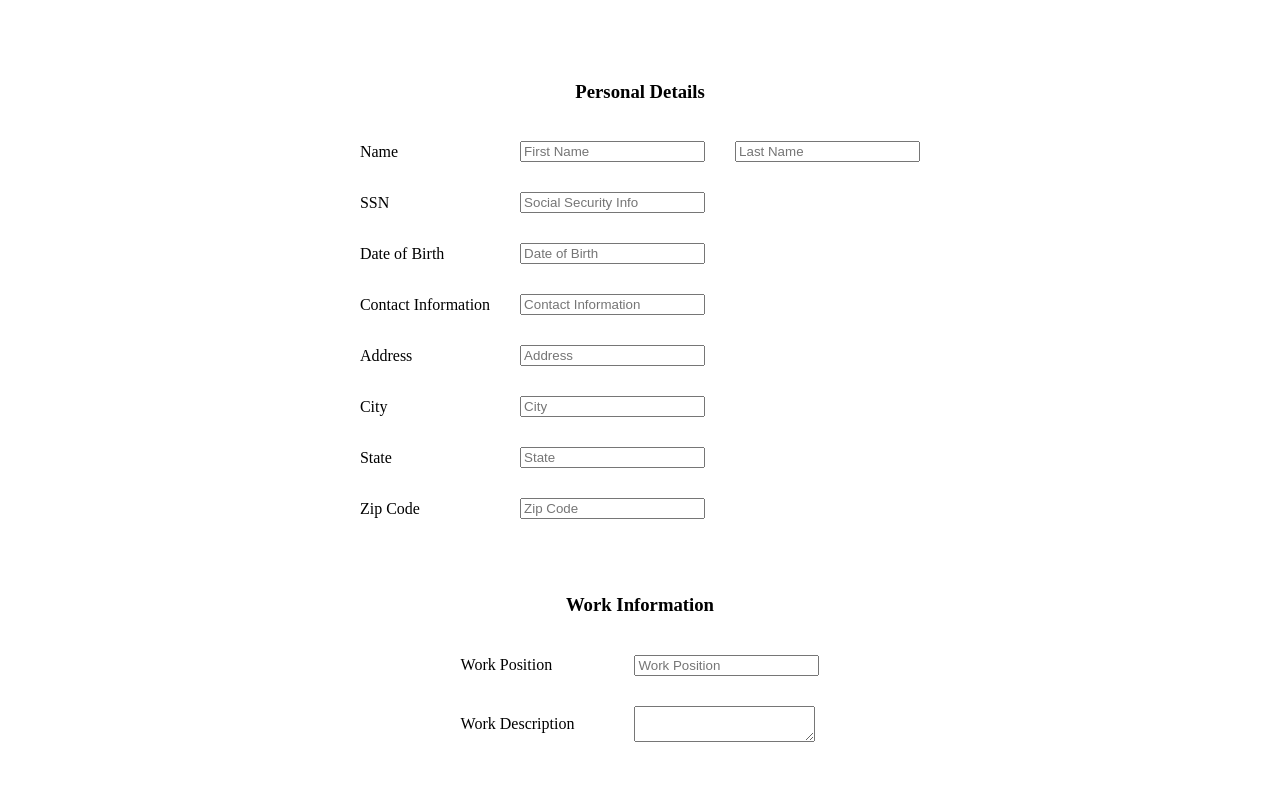
Repository: harshadrane89/CMPE273-WebService-AirlineManagement
Page: http://localhost/AirlineManagementSystemClient/TwitterGUI/SearchEmployee.jsp
An editor plug-in stored every save of this project. The page is shown before and after a run of saves, followed by the edit.
The browser window is 1280 px wide. The pictures show the whole page.
The page is served by Tomcat 9. Other server files are loaded and not shown.

Above is the page before, as saved 2013-12-06 12:52:19.

### 273_Project_Tomcat/AirlineManagementSystemClient/WebContent/TwitterGUI/SearchEmployee.jsp
<%@page import="com.airlinemgmt.beans.AirlineEmployee"%>
<%@ page language="java" contentType="text/html; charset=ISO-8859-1"
    pageEncoding="ISO-8859-1"%>
<!DOCTYPE html PUBLIC "-//W3C//DTD HTML 4.01 Transitional//EN" "http://www.w3.org/TR/html4/loose.dtd">
<html>
<head>
<meta http-equiv="Content-Type" content="text/html; charset=ISO-8859-1">
<title>Insert title here</title>
</head>
<body>

<br>
<br>
<br>
<div style="height:100px,width:100px,overflow:scroll;">

<form action="../EmployeeListProcessor" method="post" class="well"></form>
<%
	AirlineEmployee emp=new AirlineEmployee();
	if (session.getAttribute("empSearchObj")!=null)
	{
		emp=(AirlineEmployee)session.getAttribute("empSearchObj");
	}
		%>
		<center>
			<h3>Personal Details</h3>

			<table cellpadding="10px" cellspacing="10px" class="table-striped">
				<tr>
					<td>Name</td>
					<td><input type="text" placeholder="First Name" name="fName"
						value="<%=emp.getfName()!=null?emp.getfName():""%>" class="form-control"></td>
					<td><input type="text" placeholder="Last Name" name="lName"
						value="<%=emp.getlName()!=null?emp.getlName():""%>" class="form-control"></td>
				</tr>
				<tr>
					<td>SSN</td>
					<td><input type="text" placeholder="Social Security Info"
						name="ssn" value="<%=emp.getSSN()!=null?emp.getSSN():""%>" class="form-control"></td>
				</tr>
				<tr>
					<td>Date of Birth</td>
					<td><input type="text" placeholder="Date of Birth" name="dob" value="<%=emp.getDob()!=null?emp.getDob():""%>" class="form-control">
					</td>
				</tr>
				<tr>
					<td>Contact Information</td>
					<td><input type="text" placeholder="Contact Information"
						name="cInfo" value="<%=emp.getContactNo()!=null?emp.getContactNo():""%>" class="form-control"></td>
				</tr>
				<tr>
					<td>Address</td>
					<td><input type="text" placeholder="Address" name="address" value="<%=emp.getAddress()!=null?emp.getAddress():""%>" class="form-control">
					</td>
				</tr>
				<tr>
					<td>City</td>
					<td><input type="text" placeholder="City" name="city" value="<%=emp.getCity()!=null?emp.getCity():""%>" class="form-control">
					</td>
				</tr>
				<tr>
					<td>State</td>
					<td><input type="text" placeholder="State" name="state" value="<%=emp.getState()!=null?emp.getState():""%>" class="form-control">
					</td>
				</tr>
				<tr>
					<td>Zip Code</td>
					<td><input type="text" placeholder="Zip Code" name="zip" value="<%=emp.getZipCode()!=null?emp.getZipCode():""%>" class="form-control">
					</td>
				</tr>
			</table>

	</center>
	<br>
	<br>

	<center>
		<h3>Work Information</h3>
		<table cellpadding="10px" cellspacing="10px" class="table-striped">
			<tr>
				<td>Work Position</td>
				<td>
				<td>
				<input type="text" placeholder="Work Position" name="wTitle" value="<%=emp.getPosition()!=null?emp.getPosition():""%>" class="form-control">
				</td>
			</tr>
			<tr>
				<td>Work Description</td>
				<td>
				<td><textarea placeholder="Work Description" name="wDesc" value="<%=emp.getWorkDesc()!=null?emp.getWorkDesc():""%>" class="form-control">
					</textarea></td>
			</tr>

		</table>
	</center>
	<br>
	<br>

		</div>
</body>
</html>

### 273_Project_Tomcat/AirlineManagementSystemClient/src/com/airlinemgmt/beans/Person.java
package com.airlinemgmt.beans;

import java.io.Serializable;

public class Person implements Serializable{

	/**
	 *
	 */
	private static final long serialVersionUID = 1L;
	private int personId;
	private String fName;
	private String lName;
	private String address;
	private String city;
	private String state;
	private String zipCode;
	private String dob;
	private int isActive;
	private String roleId;
	private String contactNo;
	private String password;
	private String userName;

	public String getPassword() {
		return password;
	}
	public void setPassword(String password) {
		this.password = password;
	}
	public String getUserName() {
		return userName;
	}
	public void setUserName(String username) {
		this.userName = username;
	}
	public String getContactNo() {
		return contactNo;
	}
	public void setContactNo(String contactNo) {
		this.contactNo = contactNo;
	}
	public int getPersonId() {
		return personId;
	}
	public void setPersonId(int personId) {
		this.personId = personId;
	}
	public String getfName() {
		return fName;
	}
	public void setfName(String fName) {
		this.fName = fName;
	}
	public String getlName() {
		return lName;
	}
	public void setlName(String lName) {
		this.lName = lName;
	}
	public String getAddress() {
		return address;
	}
	public void setAddress(String address) {
		this.address = address;
	}
	public String getCity() {
		return city;
	}
	public void setCity(String city) {
		this.city = city;
	}
	public String getState() {
		return state;
	}
	public void setState(String state) {
		this.state = state;
	}
	public String getZipCode() {
		return zipCode;
	}
	public void setZipCode(String zipCode) {
		this.zipCode = zipCode;
	}
	public String getDob() {
		return dob;
	}
	public void setDob(String dob) {
		this.dob = dob;
	}
	public int getIsActive() {
		return isActive;
	}
	public void setIsActive(int isActive) {
		this.isActive = isActive;
	}
	public String getRoleId() {
		return roleId;
	}
	public void setRoleId(String roleId) {
		this.roleId = roleId;
	}


}

### 273_Project_Tomcat/AirlineManagementSystemClient/src/com/airlinemgmt/beans/AirlineEmployee.java
package com.airlinemgmt.beans;

import java.io.Serializable;

public class AirlineEmployee extends Person implements Serializable {

	/**
	 *
	 */
	private static final long serialVersionUID = 1L;
	private String empId;
	private String workDesc;
	private String hireDate;
	private String position;
	private String SSN;

	public String getSSN() {
		return SSN;
	}

	public void setSSN(String sSN) {
		SSN = sSN;
	}

	public String getEmpId() {
		return empId;
	}

	public void setEmpId(String empId) {
		this.empId = empId;
	}

	public String getWorkDesc() {
		return workDesc;
	}

	public void setWorkDesc(String workDesc) {
		this.workDesc = workDesc;
	}

	public String getHireDate() {
		return hireDate;
	}

	public void setHireDate(String hireDate) {
		this.hireDate = hireDate;
	}

	public String getPosition() {
		return position;
	}

	public void setPosition(String position) {
		this.position = position;
	}

}

After the next 2 saves:
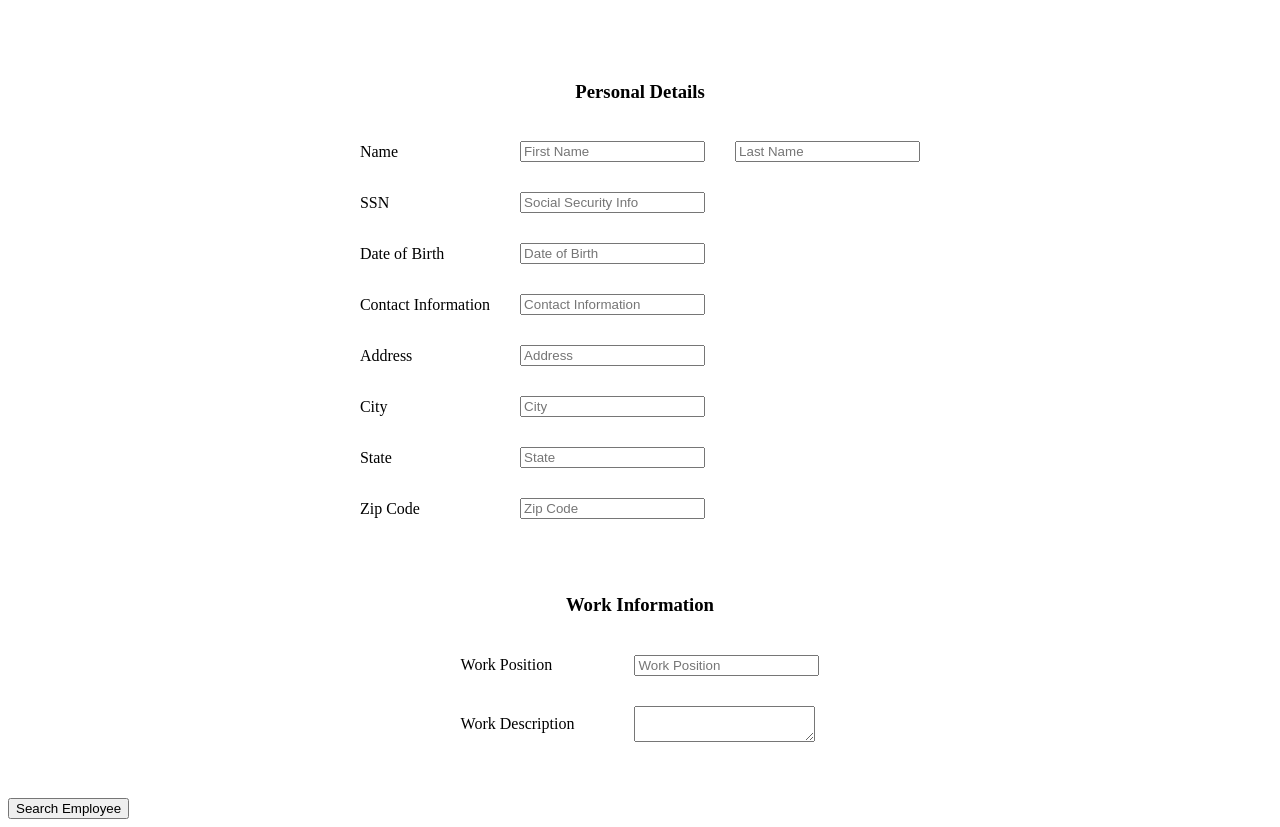
The 2 saves are shown as one change because they came seconds apart.
The last was saved 32 s later.
--- a/273_Project_Tomcat/AirlineManagementSystemClient/WebContent/TwitterGUI/SearchEmployee.jsp
+++ b/273_Project_Tomcat/AirlineManagementSystemClient/WebContent/TwitterGUI/SearchEmployee.jsp
@@ -14,7 +14,7 @@
 <br>
 <div style="height:100px,width:100px,overflow:scroll;">
 
-<form action="../EmployeeListProcessor" method="post" class="well"></form>
+<form action="../EmployeeListProcessor" method="post" class="well">
 <%
 	AirlineEmployee emp=new AirlineEmployee();
 	if (session.getAttribute("empSearchObj")!=null)
@@ -95,7 +95,8 @@
 	</center>
 	<br>
 	<br>
-
+	<input type="submit" value="Search Employee" >
+</form>
 		</div>
 </body>
 </html>
